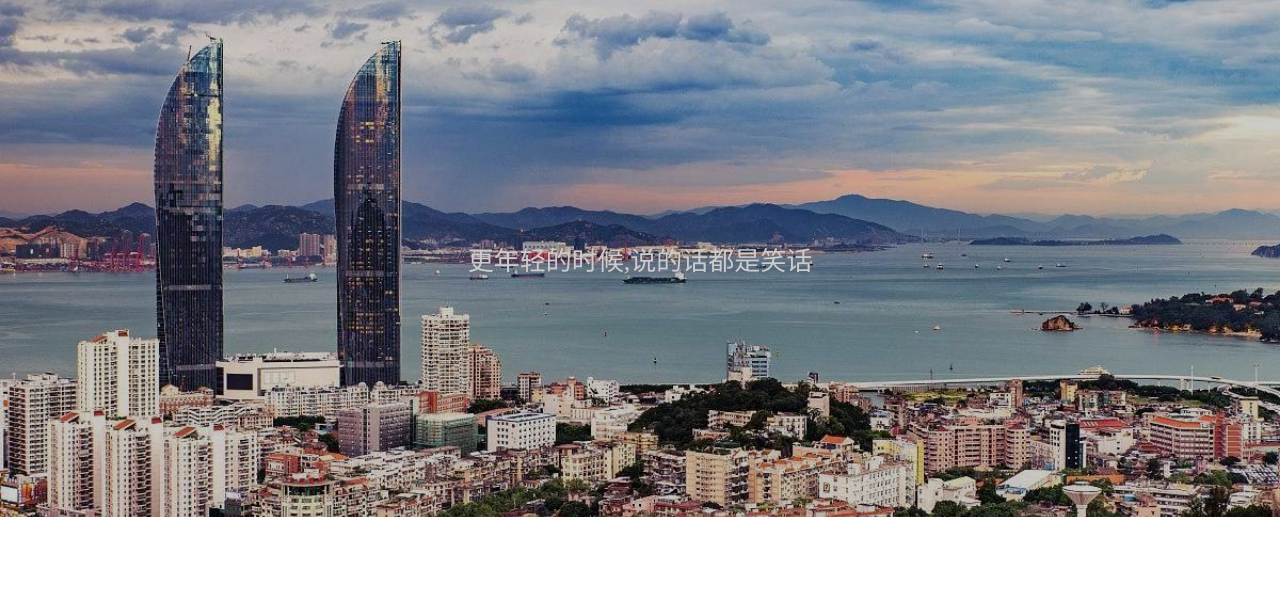
Repository: airsky0605/airsky0605.github.io
Page: index.html
The author's editor kept a copy of each file at every save. The page is drawn from the files as they stood at one save, then again after the next save.
The browser window is 1280 px wide. The pictures show the whole page.

Above is the page before, as saved 2020-04-10 17:32:04.

### index.html
<!DOCTYPE html>
<html lang="en">
<head>
  <meta charset="UTF-8">
  <meta name="viewport" content="width=device-width, initial-scale=1.0">
  <meta http-equiv="X-UA-Compatible" content="ie=edge">
  <link rel="stylesheet" href="./css/common.css">
  <link rel="stylesheet" href="./css/reset.css">
  <title>Document</title>
</head>
<body>
  <div class="banner">
    <div class="inner">
      <p class="t1">更年轻的时候,说的话都是笑话</p>
    </div>
  </div>
</body>
</html>

### css/common.css
.banner{
  position: relative;
  background: url(../img/banner.jpeg) 0% 50% / cover no-repeat;
}
.banner::after{
  content: "";
  position: absolute;
  top: 0px;
  left: 0px;
  width: 100%;
  height: 100%;
  z-index: 1;
  background: rgba(0, 0, 0, 0.2);
}
.banner .inner{
  padding: 240px 0;
  position: relative;
}
.banner .inner p{
  text-align: center;
  color: #fff;
  position: relative;
  background: transparent;
}
.banner .inner .t1{
  font-size: 26px;

}
.banner .inner .t2{
  font-size: 22px;
  text-decoration: line-through;
}

.footer{
  background: #999;
  color: #c6c7c9;
}

### css/reset.css
/*RESET v3*/
html, body, div, span, object, iframe, h1, h2, h3, h4, h5, h6, p, blockquote, a, cite, img, sub, sup, dl, dt, dd, ol, ul, li, fieldset, form, label, legend, table, caption, tbody, tfoot, thead, tr, th, td, article, aside, canvas, details, embed, figure, figcaption, footer, header, hgroup, menu, nav, output, ruby, section, summary, time, mark, audio, video {
  border: 0;
  font: inherit;
  margin: 0;
  padding: 0;
  font-weight: normal;
  vertical-align: baseline;
}
html,body{
  height:100%
}
article, aside, details, figcaption, figure, footer, header, hgroup, menu, nav, section {
  display: block;
}
button {
  outline: none;
}
ol, ul {
  margin: 0;
  padding: 0;
}
ol, ul, li {
  list-style: none;
}
i, em {
  font-style: normal;
}
blockquote {
  quotes: none;
}
blockquote:before, blockquote:after {
  content: '';
  content: none;
}
a {
  outline: none;
  text-decoration: none;
  text-decoration:none;
  text-decoration: none;
  transition: background-color .5s ease 0s,color .5s ease 0s,width .5s ease 0s,border-width .5s ease 0s,border-color .5s ease 0s;
  -webkit-transition: background-color .5s ease 0s,color .5s ease 0s,width .5s ease 0s,border-width .5s ease 0s,border-color .5s ease 0s;
  -moz-transition: background-color .5s ease 0s,color .5s ease 0s,width .5s ease 0s,border-width .5s ease 0s,border-color .5s ease 0s;
  -ms-transition: background-color .5s ease 0s,color .5s ease 0s,width .5s ease 0s,border-width .5s ease 0s,border-color .5s ease 0s;
  -o-transition: background-color .5s ease 0s,color .5s ease 0s,width .5s ease 0s,border-width .5s ease 0s,border-color .5s ease 0s
}
input, textarea{
  font-family: inherit;
  font-size: inherit;
  color: inherit;
  outline: none;
  border: 0;
  margin: 0;
  padding: 0;
}
select, option{
  font-family: inherit;
}
.noselect{
  -webkit-user-select: none;
  user-select: none;
}
.clear {
  clear: both;
}
.clearfix:before,.clearfix:after{
  content:"";
  display:table;
}
.clearfix:after{
  clear:both;
}
.clearfix{
  *zoom:1;
}


.el-pagination{
  padding-left: 0!important;
}
.el-pagination.is-background .btn-next, .el-pagination.is-background .btn-prev, .el-pagination.is-background .el-pager li{
  margin-left: 0!important;
}
.w-e-menu{
  z-index: 2 !important;
}
.w-e-text-container{
  z-index: 1 !important;
}

After the next save:
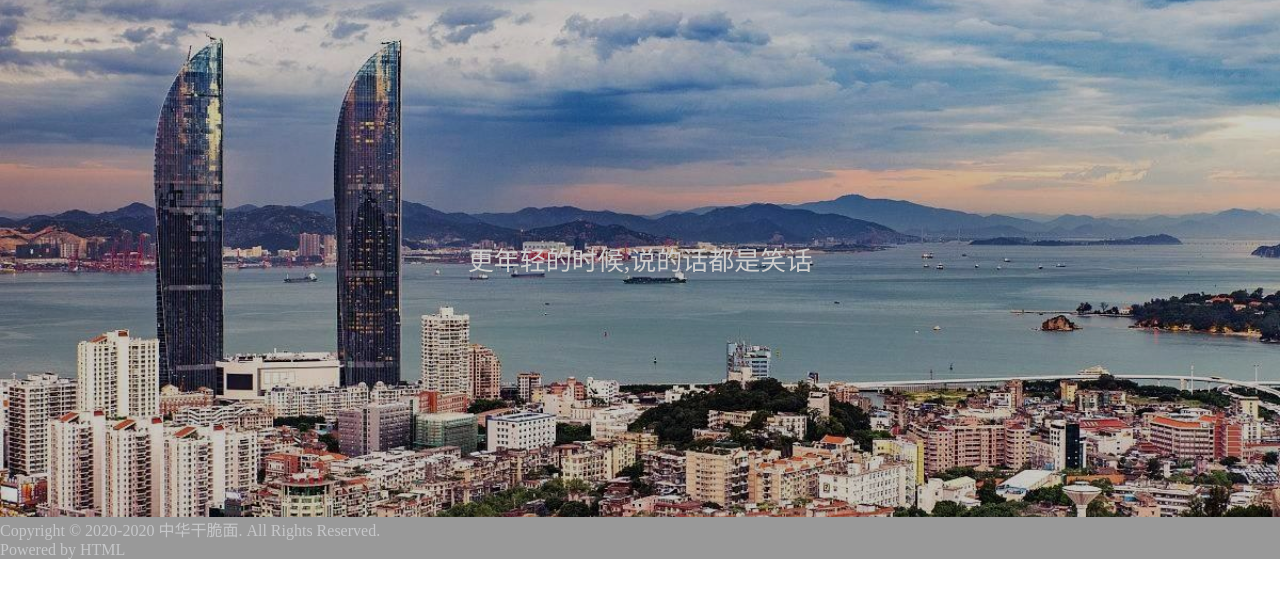
Saved 2 min 49 s later.
--- a/index.html
+++ b/index.html
@@ -14,5 +14,11 @@
       <p class="t1">更年轻的时候,说的话都是笑话</p>
     </div>
   </div>
+  <footer class="footer">
+    <div class="inner">
+      <p>Copyright © 2020-2020 中华干脆面. All Rights Reserved.</p>
+      <p>Powered by HTML</p>
+    </div>
+  </footer>
 </body>
 </html>
